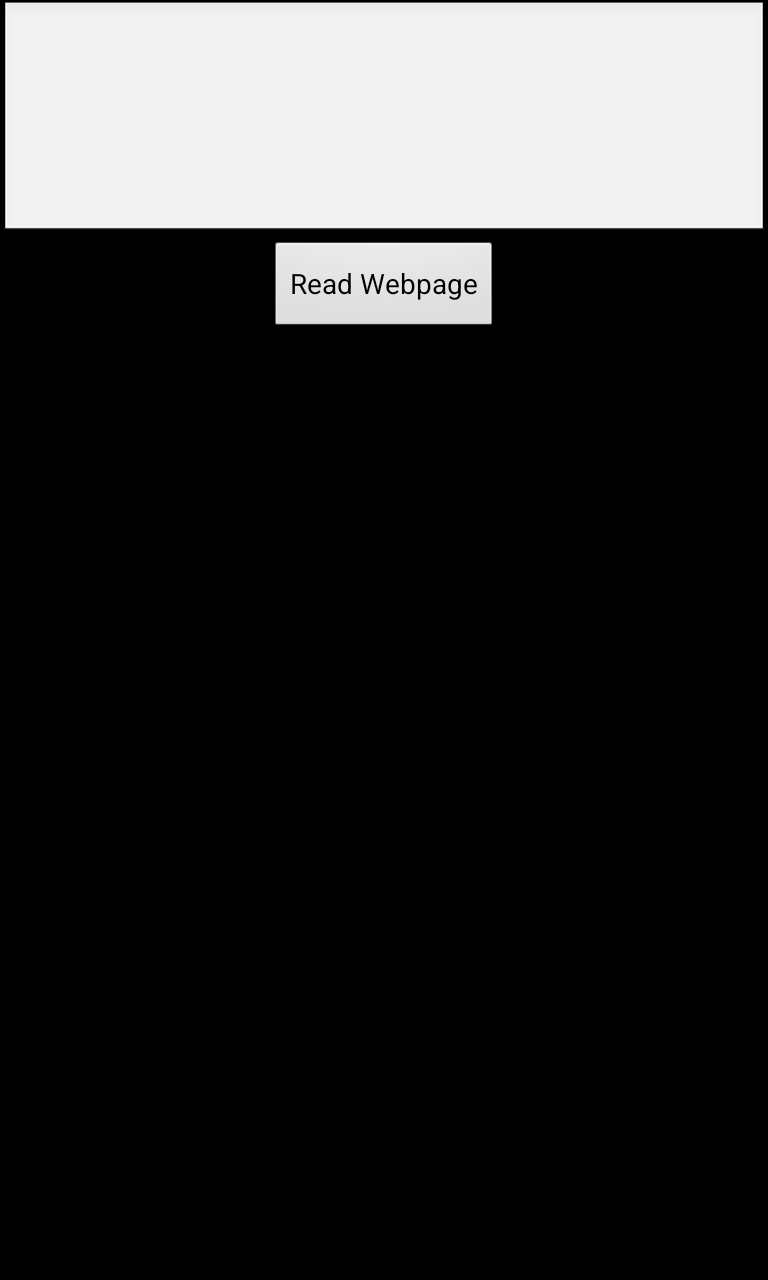
Repository: JerryScript-duplicate/BacksideUpdater
Layout: BacksideUpdater/res/layout/main.xml
An editor plug-in stored every save of this project. The layout is shown before and after the next save, followed by the edit.
It is drawn on a 768 x 1280 px phone screen (xhdpi) without system bars, with theme android:Theme; the app's code is not run.

Above is the layout before, as saved 2012-01-18 19:27:23.

### BacksideUpdater/res/layout/main.xml
<?xml version="1.0" encoding="utf-8"?>
<LinearLayout xmlns:android="http://schemas.android.com/apk/res/android"
    android:layout_width="fill_parent"
    android:layout_height="fill_parent"
    android:orientation="vertical" >

    <LinearLayout
        android:id="@+id/LinearLayout01"
        android:layout_width="wrap_content"
        android:layout_height="wrap_content" >
    </LinearLayout>

    <EditText
        android:id="@+id/bannerTitle"
        android:layout_width="fill_parent"
        android:layout_height="120dp" >
    </EditText>

    <Button
        android:id="@+id/BacksideUpdaterButton"
        android:layout_width="wrap_content"
        android:layout_height="wrap_content"
        android:onClick="myClickHandler"
        android:gravity="center"
        android:layout_gravity="center"
        android:text="@string/check4up_button_text" />

    <TextView
        android:id="@+id/pagetext"
        android:layout_width="fill_parent"
        android:layout_height="fill_parent"
        android:scrollbars="vertical" >
    </TextView>

</LinearLayout>

### BacksideUpdater/res/values/strings.xml
<?xml version="1.0" encoding="utf-8"?>
<resources>

    <string name="hello">BACKside-IHO-VM670 Update Checker</string>
    <string name="app_name">BacksideUpdater</string>
    <string name="check4up_button_text">Read Webpage</string>

</resources>

After the next save:
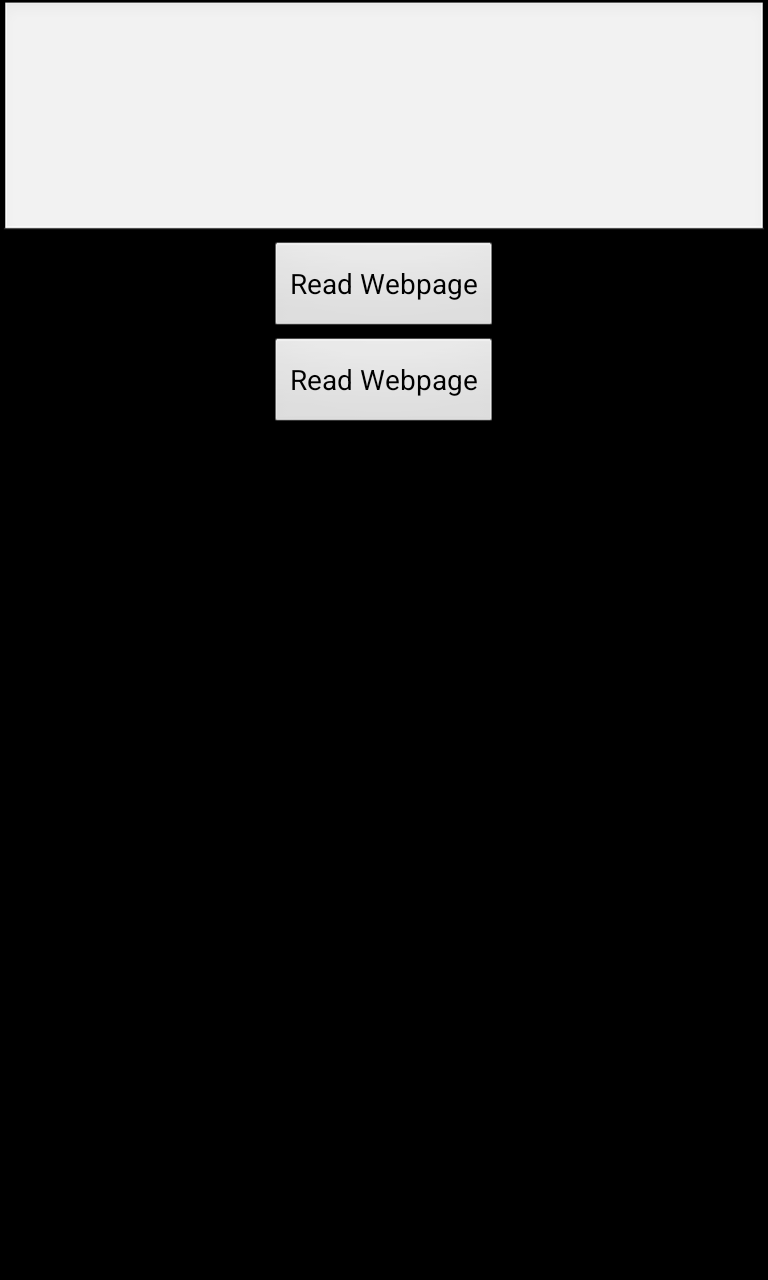
Saved 2 min 1 s later.
--- a/BacksideUpdater/res/layout/main.xml
+++ b/BacksideUpdater/res/layout/main.xml
@@ -17,6 +17,15 @@
     </EditText>
 
     <Button
+        android:id="@+id/BacksideUpdaterChecker"
+        android:layout_width="wrap_content"
+        android:layout_height="wrap_content"
+        android:onClick="updateCheckerHandler"
+        android:gravity="center"
+        android:layout_gravity="center"
+        android:text="@string/check4up_button_text" />
+
+    <Button
         android:id="@+id/BacksideUpdaterButton"
         android:layout_width="wrap_content"
         android:layout_height="wrap_content"
